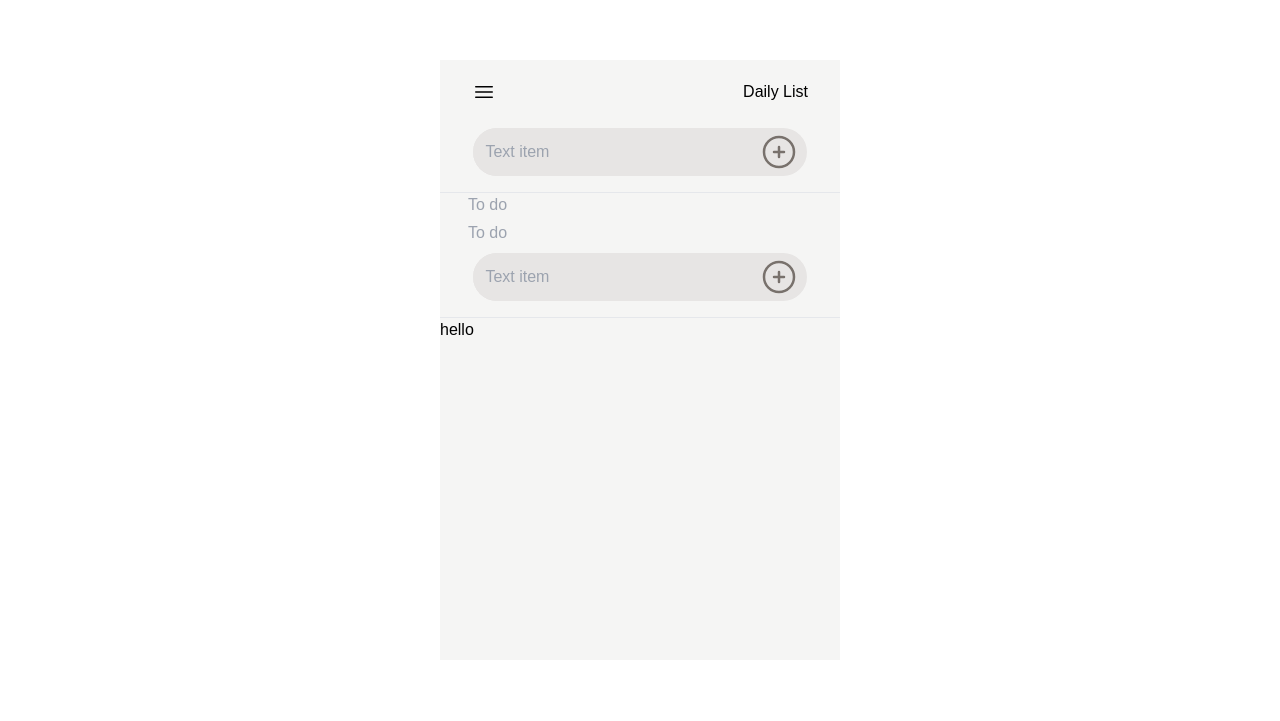
Repository: hsumyatm7308/TodolistbyPHP
Page: http://localhost/
An editor plug-in stored every save of this project. The page is shown before and after the next save, followed by the edit.
The browser window is 1280 px wide. The pictures show the whole page.
Some web libraries are served in a nearby version. The page is run by PHP 8.4 with error messages shown; the project is at /var/www/html/. Queries for data that is not in the repository find no rows.

Above is the page before, as saved 2023-07-11 12:34:42.
Console error: SyntaxError: Identifier 'editbtn' has already been declared

After the next save:
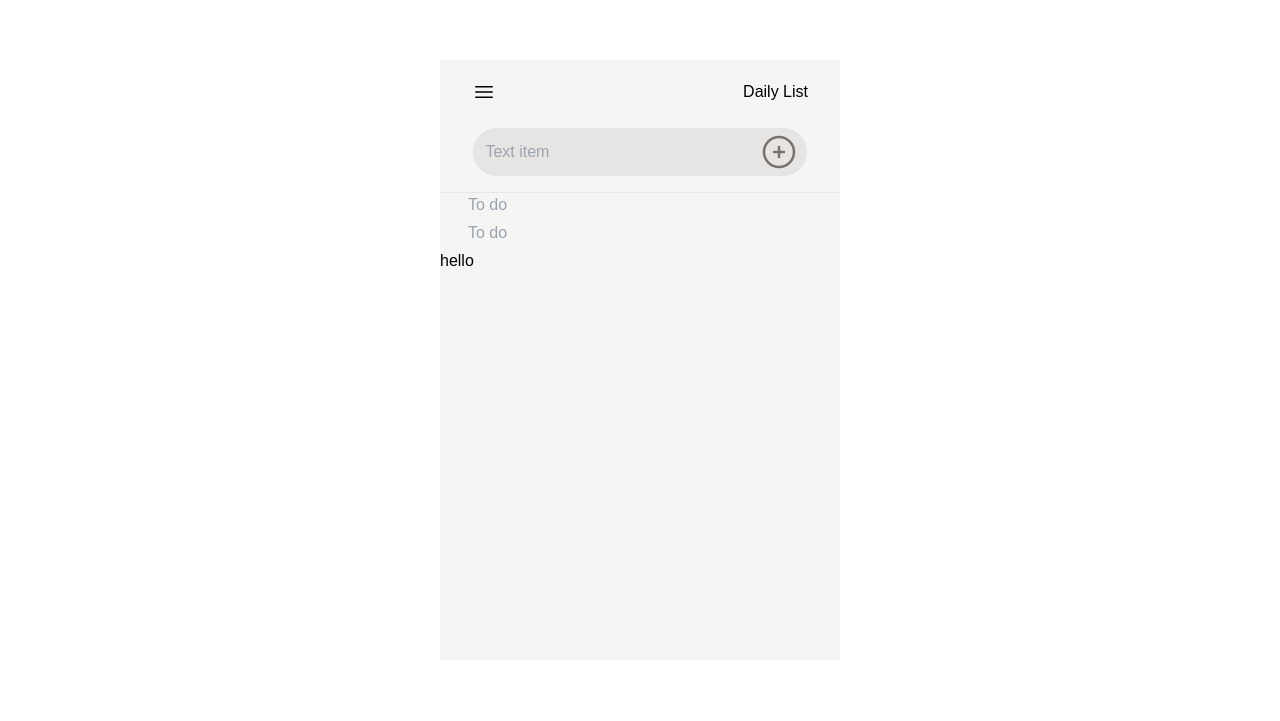
Saved 25 s later.
--- a/update.php
+++ b/update.php
@@ -1,7 +1,7 @@
 <?php
 
 include "todoform.php";
-include "create.php";
+
 
 echo "hello";
 
